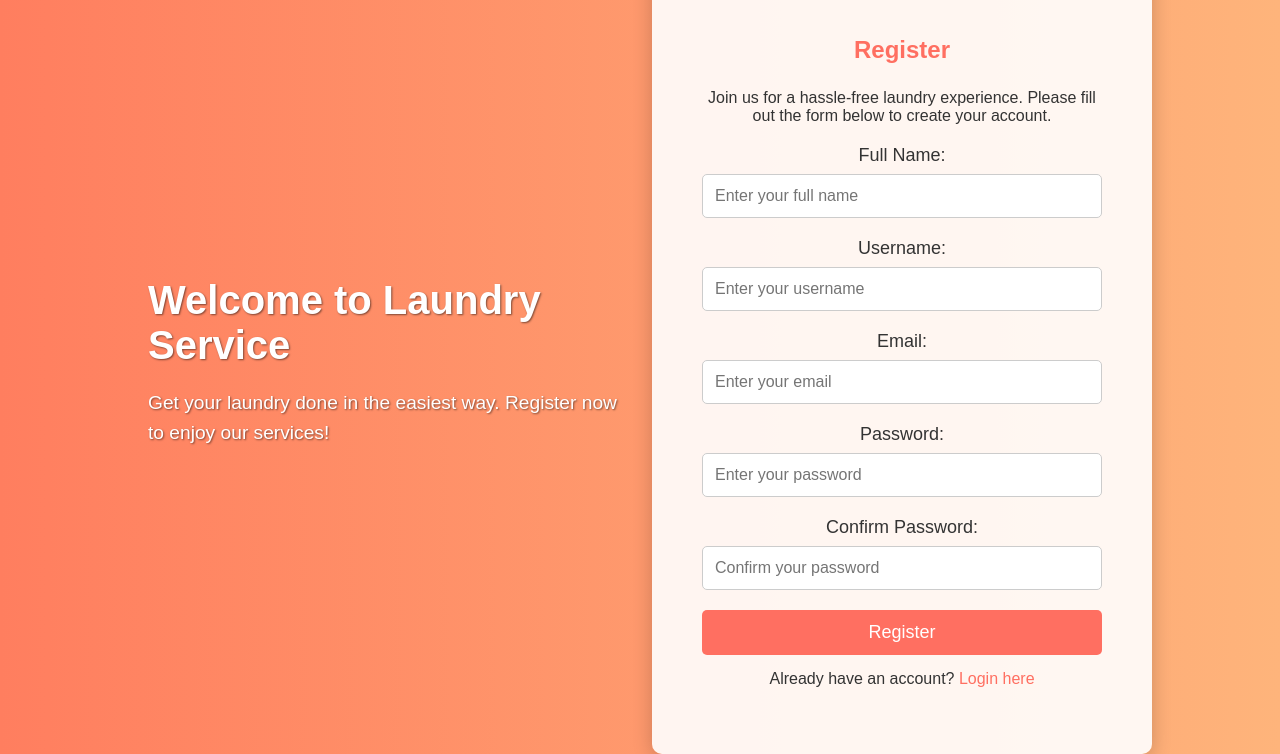
Repository: wmrmweerakoon/Online-Laundry-Management-System
Page: http://localhost/LaundryManagementSystem/Register.jsp
The author's editor kept a copy of each file at every save. The page is drawn from the files as they stood at one save, then again after the next save.
The browser window is 1280 px wide. The pictures show the whole page.
The page is served by Tomcat 9.

Above is the page before, as saved 2024-10-07 09:25:42.

After the next save:
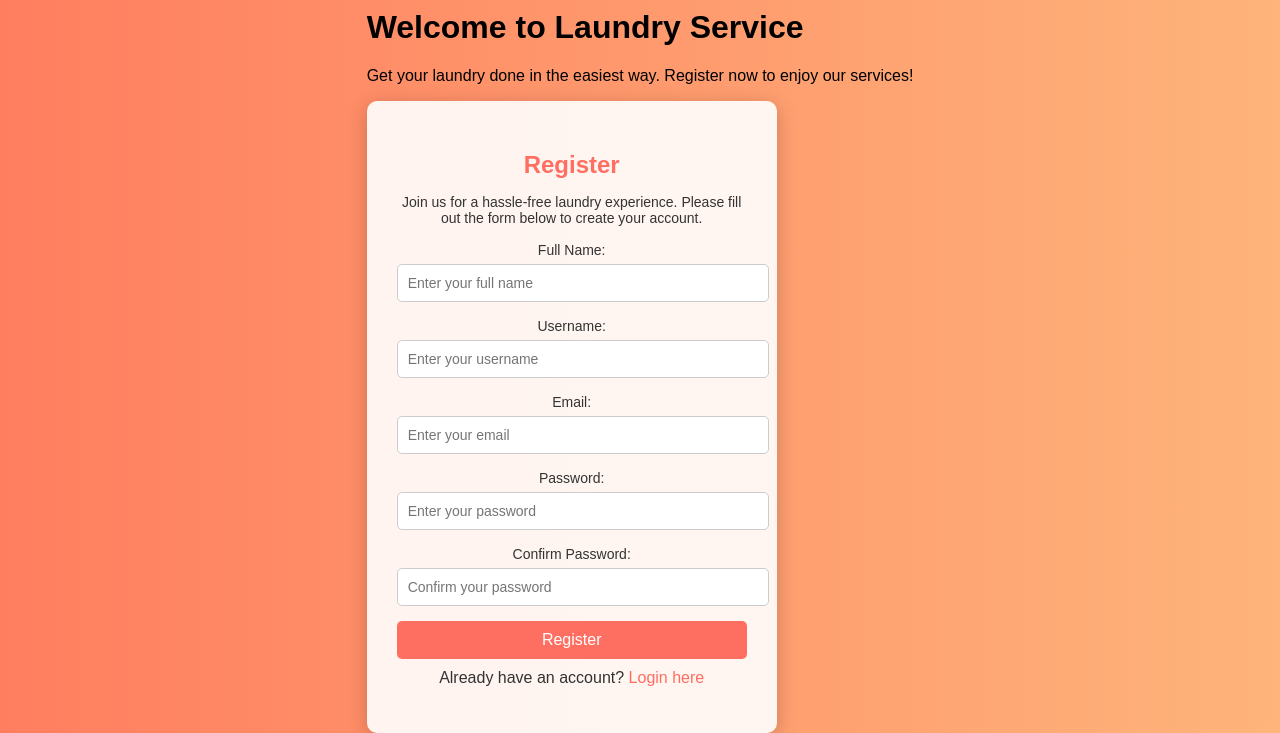
Saved 2 min 50 s later.
--- a/Projects/LaundryManagementSystem/src/main/webapp/CSS/Register.css
+++ b/Projects/LaundryManagementSystem/src/main/webapp/CSS/Register.css
@@ -1,5 +1,3 @@
-@charset "UTF-8";
-
 body {
     font-family: 'Arial', sans-serif;
     margin: 0;
@@ -8,7 +6,7 @@
     display: flex;
     justify-content: center;
     align-items: center;
-    background: linear-gradient(to right, #ff7e5f, #feb47b); /* Gradient background */
+    background: linear-gradient(to right, #ff7e5f, #feb47b);
 }
 
 .register-background {
@@ -17,62 +15,36 @@
     align-items: center;
     width: 100%;
     height: 100%;
-    background: linear-gradient(to right, #ff7e5f, #feb47b); /* Matching gradient */
-}
-
-.content-container {
-    display: flex;
-    width: 80%;
-    max-width: 1200px;
-    justify-content: space-between;
-    align-items: center;
-    color: white;
-}
-
-.text-content {
-    flex: 1;
-    padding: 20px;
-    color: #fff;
-    font-size: 1.2rem;
-    text-shadow: 1px 1px 2px rgba(0, 0, 0, 0.5); /* Text shadow for clarity on gradient */
-}
-
-.text-content h1 {
-    font-size: 2.5rem;
-    margin-bottom: 20px;
-}
-
-.text-content p {
-    line-height: 1.6;
-    margin-bottom: 20px;
+    background: linear-gradient(to right, #ff7e5f, #feb47b);
 }
 
 .register-container {
     background-color: rgba(255, 255, 255, 0.9);
-    padding: 50px;
+    padding: 30px;  /* Reduced padding */
     border-radius: 10px;
     box-shadow: 0 4px 20px rgba(0, 0, 0, 0.2);
-    width: 400px;
+    width: 350px;   /* Reduced width */
     text-align: center;
-    color: #333; /* Ensuring better contrast for form text */
+    color: #333;
 }
 
 h2 {
     color: #ff6f61;
-    margin-bottom: 25px;
+    margin-bottom: 15px; /* Reduced margin */
 }
 
 .info-text {
-    margin-bottom: 20px;
+    margin-bottom: 15px;
     color: #333;
+    font-size: 14px; /* Reduced font size */
 }
 
 .form-group {
-    margin-bottom: 20px;
+    margin-bottom: 15px;  /* Reduced margin between form groups */
 }
 
 label {
-    font-size: 18px;
+    font-size: 14px; /* Reduced font size */
     color: #333;
 }
 
@@ -80,12 +52,11 @@
 input[type="email"],
 input[type="password"] {
     width: 100%;
-    padding: 12px;
-    margin-top: 8px;
+    padding: 10px;  /* Reduced padding */
+    margin-top: 5px;  /* Reduced margin */
     border: 1px solid #ccc;
     border-radius: 5px;
-    font-size: 16px;
-    box-sizing: border-box; /* Ensure consistent sizing */
+    font-size: 14px;  /* Reduced font size */
     transition: border-color 0.3s;
 }
 
@@ -95,12 +66,12 @@
 
 button {
     width: 100%;
-    padding: 12px;
+    padding: 10px;  /* Reduced padding */
     background-color: #ff6f61;
     color: #fff;
     border: none;
     border-radius: 5px;
-    font-size: 18px;
+    font-size: 16px;  /* Slightly reduced font size */
     cursor: pointer;
     transition: background-color 0.3s;
 }
@@ -111,13 +82,12 @@
 
 .error {
     color: red;
-    font-size: 14px;
+    font-size: 12px; /* Reduced error message size */
     margin-top: 5px;
-    margin-bottom: 10px;
 }
 
 p {
-    margin-top: 15px;
+    margin-top: 10px; /* Reduced margin */
 }
 
 p a {

After the save that followed:
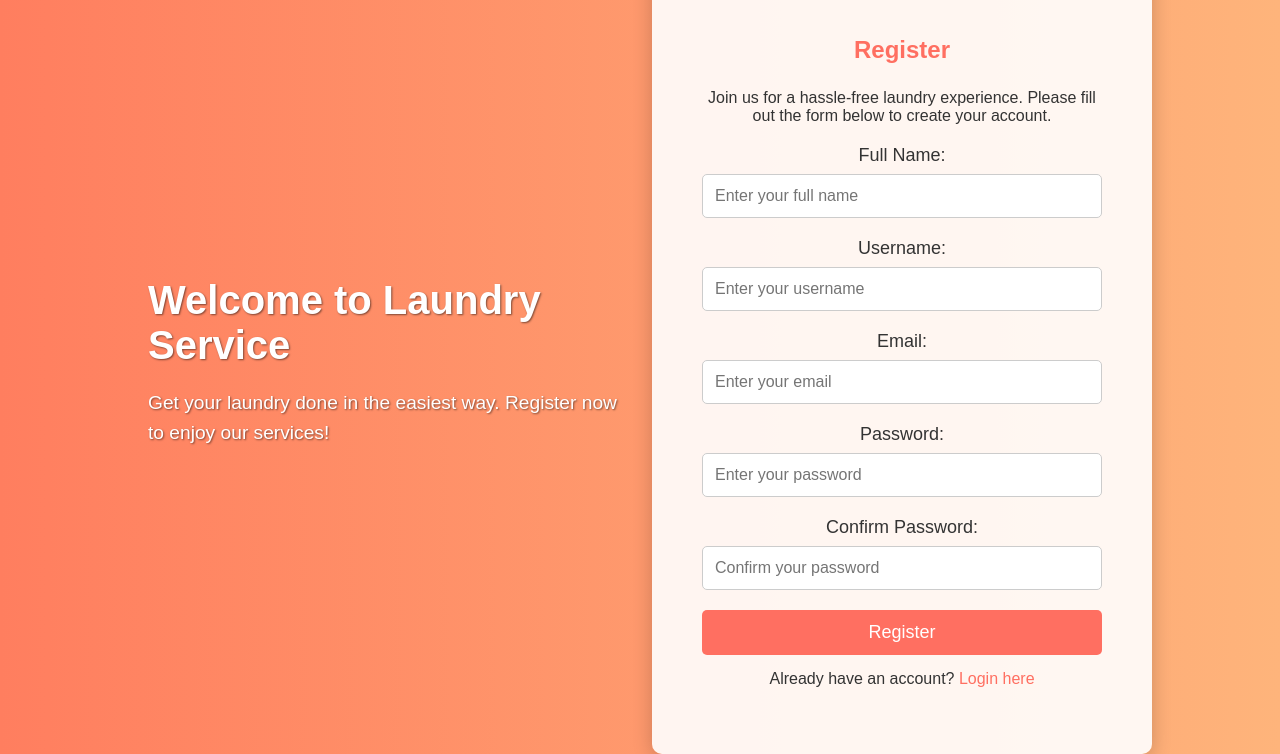
Saved 36 s later.
--- a/Projects/LaundryManagementSystem/src/main/webapp/CSS/Register.css
+++ b/Projects/LaundryManagementSystem/src/main/webapp/CSS/Register.css
@@ -1,3 +1,5 @@
+@charset "UTF-8";
+
 body {
     font-family: 'Arial', sans-serif;
     margin: 0;
@@ -6,7 +8,7 @@
     display: flex;
     justify-content: center;
     align-items: center;
-    background: linear-gradient(to right, #ff7e5f, #feb47b);
+    background: linear-gradient(to right, #ff7e5f, #feb47b); /* Gradient background */
 }
 
 .register-background {
@@ -15,36 +17,62 @@
     align-items: center;
     width: 100%;
     height: 100%;
-    background: linear-gradient(to right, #ff7e5f, #feb47b);
+    background: linear-gradient(to right, #ff7e5f, #feb47b); /* Matching gradient */
+}
+
+.content-container {
+    display: flex;
+    width: 80%;
+    max-width: 1200px;
+    justify-content: space-between;
+    align-items: center;
+    color: white;
+}
+
+.text-content {
+    flex: 1;
+    padding: 20px;
+    color: #fff;
+    font-size: 1.2rem;
+    text-shadow: 1px 1px 2px rgba(0, 0, 0, 0.5); /* Text shadow for clarity on gradient */
+}
+
+.text-content h1 {
+    font-size: 2.5rem;
+    margin-bottom: 20px;
+}
+
+.text-content p {
+    line-height: 1.6;
+    margin-bottom: 20px;
 }
 
 .register-container {
     background-color: rgba(255, 255, 255, 0.9);
-    padding: 30px;  /* Reduced padding */
+    padding: 50px;
     border-radius: 10px;
     box-shadow: 0 4px 20px rgba(0, 0, 0, 0.2);
-    width: 350px;   /* Reduced width */
+    width: 400px;
     text-align: center;
-    color: #333;
+    color: #333; /* Ensuring better contrast for form text */
 }
 
 h2 {
     color: #ff6f61;
-    margin-bottom: 15px; /* Reduced margin */
+    margin-bottom: 25px;
 }
 
 .info-text {
-    margin-bottom: 15px;
+    margin-bottom: 20px;
     color: #333;
-    font-size: 14px; /* Reduced font size */
 }
 
 .form-group {
-    margin-bottom: 15px;  /* Reduced margin between form groups */
+    margin-bottom: 20px;
 }
 
 label {
-    font-size: 14px; /* Reduced font size */
+    font-size: 18px;
     color: #333;
 }
 
@@ -52,11 +80,12 @@
 input[type="email"],
 input[type="password"] {
     width: 100%;
-    padding: 10px;  /* Reduced padding */
-    margin-top: 5px;  /* Reduced margin */
+    padding: 12px;
+    margin-top: 8px;
     border: 1px solid #ccc;
     border-radius: 5px;
-    font-size: 14px;  /* Reduced font size */
+    font-size: 16px;
+    box-sizing: border-box; /* Ensure consistent sizing */
     transition: border-color 0.3s;
 }
 
@@ -66,12 +95,12 @@
 
 button {
     width: 100%;
-    padding: 10px;  /* Reduced padding */
+    padding: 12px;
     background-color: #ff6f61;
     color: #fff;
     border: none;
     border-radius: 5px;
-    font-size: 16px;  /* Slightly reduced font size */
+    font-size: 18px;
     cursor: pointer;
     transition: background-color 0.3s;
 }
@@ -82,12 +111,13 @@
 
 .error {
     color: red;
-    font-size: 12px; /* Reduced error message size */
+    font-size: 14px;
     margin-top: 5px;
+    margin-bottom: 10px;
 }
 
 p {
-    margin-top: 10px; /* Reduced margin */
+    margin-top: 15px;
 }
 
 p a {
